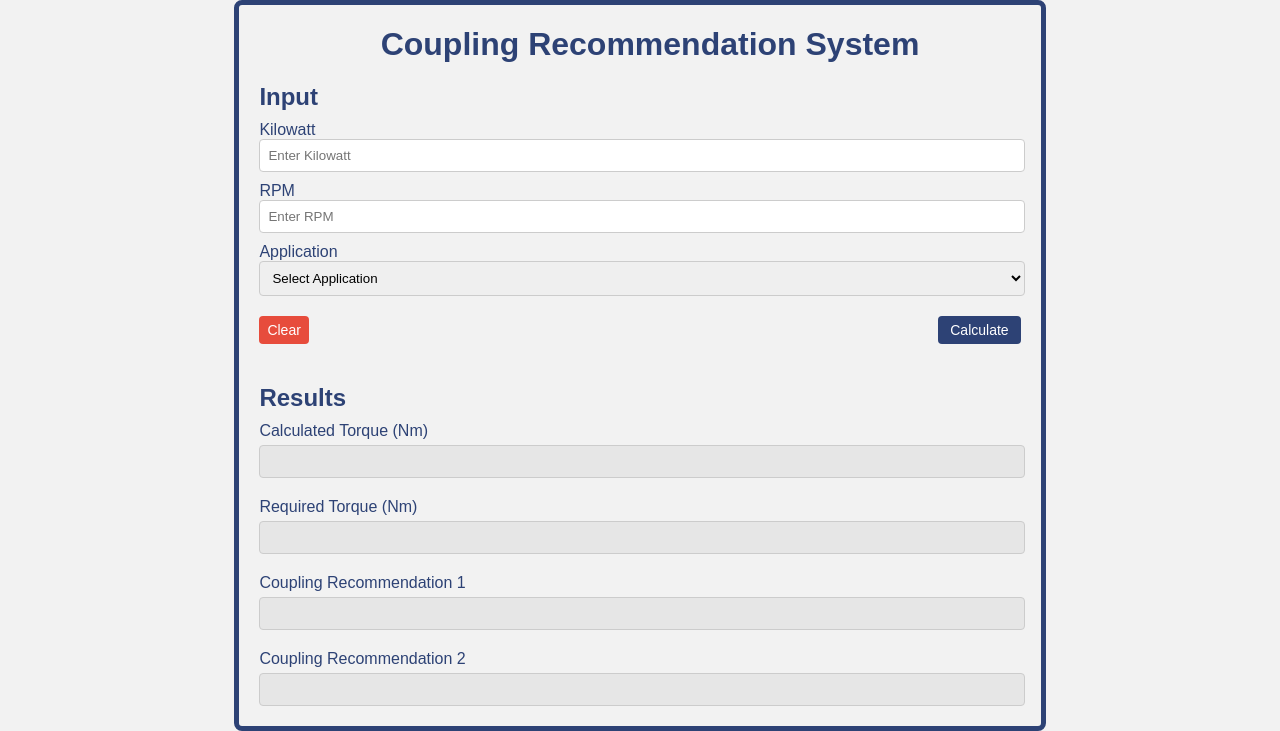
Repository: JustinSadie/calculator
Page: newIndex.html
The author's editor kept a copy of each file at every save. The page is drawn from the files as they stood at one save, then again after the next save.
The browser window is 1280 px wide. The pictures show the whole page.

Above is the page before, as saved 2024-08-25 17:37:29.

After the next save:
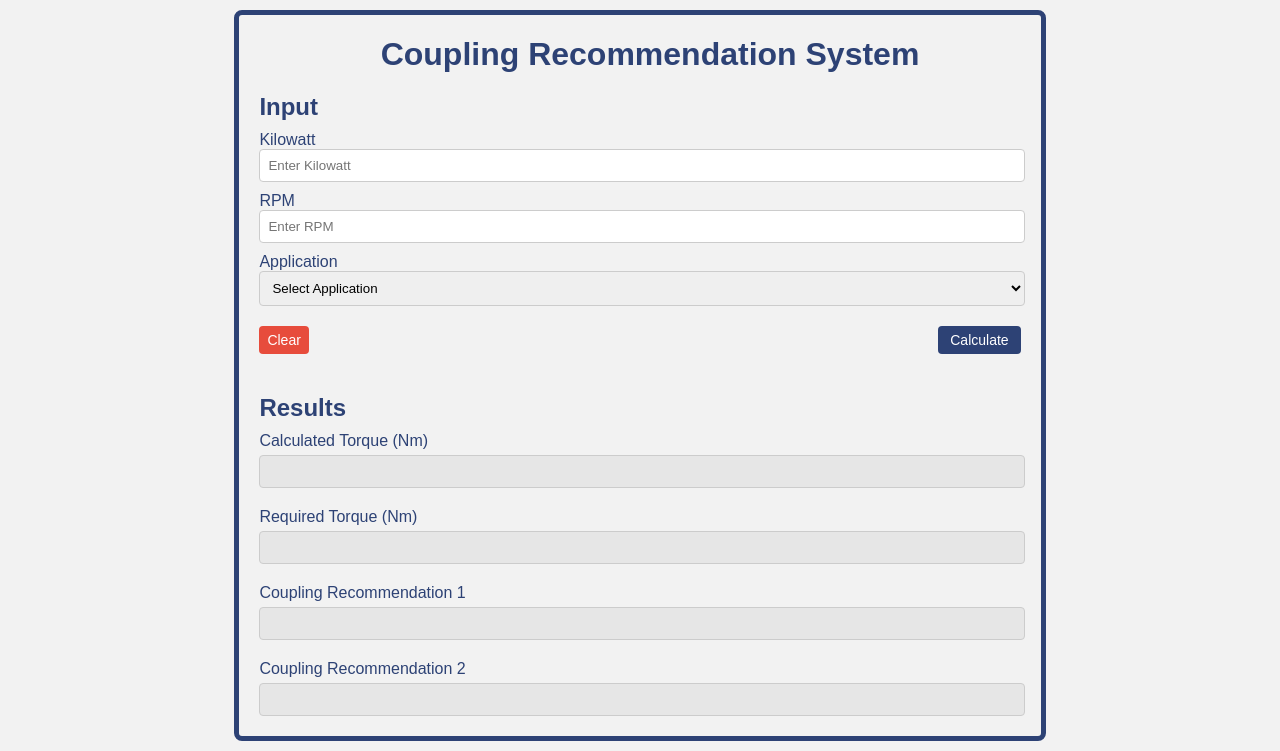
Saved 72 s later.
--- a/newCSS.css
+++ b/newCSS.css
@@ -1,7 +1,7 @@
 /* Overall page styling */
 body {
   font-family: Arial, sans-serif;
-  margin: 0;
+  margin: 10px;
   padding-left: 20;
   background-color: #f2f2f2;
   color: #2d4275;
@@ -9,6 +9,7 @@ body {
   justify-content: center;
   align-items: center;
   min-height: 100vh;
+
 }
 
 .wrapper {
